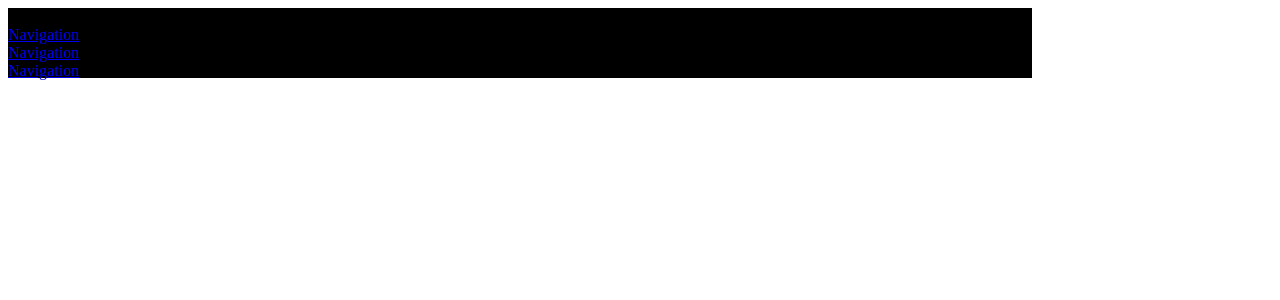
Repository: piotrokrutniak/Projekt-Studia
Page: index.html
These files come from the project's save history. The page is drawn as it stood at one moment and after the next save; the edit follows.
The browser window is 1280 px wide. The pictures show the whole page.

Above is the page before, as saved 2023-03-04 02:11:23.

### index.html
<!DOCTYPE html>
<head>
    <meta charset="UTF-8" />
    <meta http-equiv="X-UA-Compatible" content="IE=edge" />
    <meta name="viewport" content="width=device-width, initial-scale=1.0" />
    <link rel="stylesheet" type="text/css" href="styles.css" />
    <title>Websute Title</title>
</head>
<body>
    <div class="navbar-container">
        <div class="navbar">
            <div class="logo">WebsiteLogo</div>
            <div class="navigation">
                <a href="/index">
                    <div class="navigation-button">
                        Navigation
                    </div>
                </a>
                <a href="/index">
                    <div class="navigation-button">
                        Navigation
                    </div>
                </a>
                <a href="/index">
                    <div class="navigation-button">
                        Navigation
                    </div>
                </a>
            </div>
        </div>
    </div>
</body>

### styles.css
.navbar{
    width: 100%;
    height: 70px;
    background: black;
    position: sticky;
    top: 0;
}

.navbar-container{
    position: relative;
    max-width: 1024px;
    min-width: 328px;
}

After the next save:
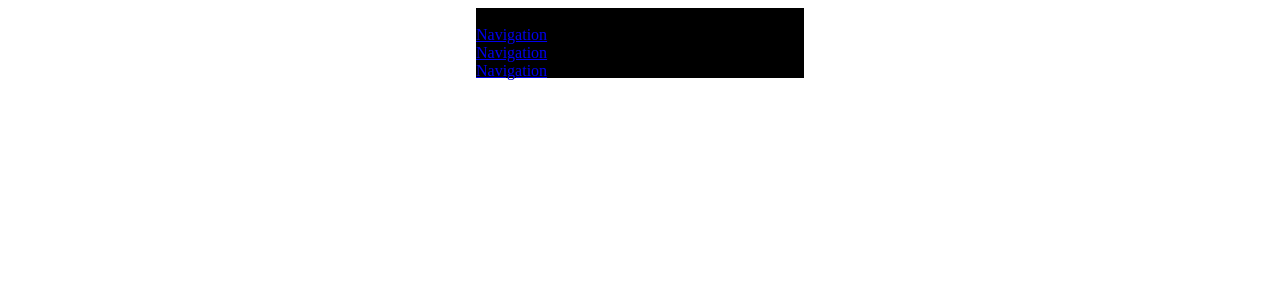
Saved 37 s later.
--- a/styles.css
+++ b/styles.css
@@ -10,4 +10,5 @@
     position: relative;
     max-width: 1024px;
     min-width: 328px;
+    justify-self: center;
 }

After the save that followed:
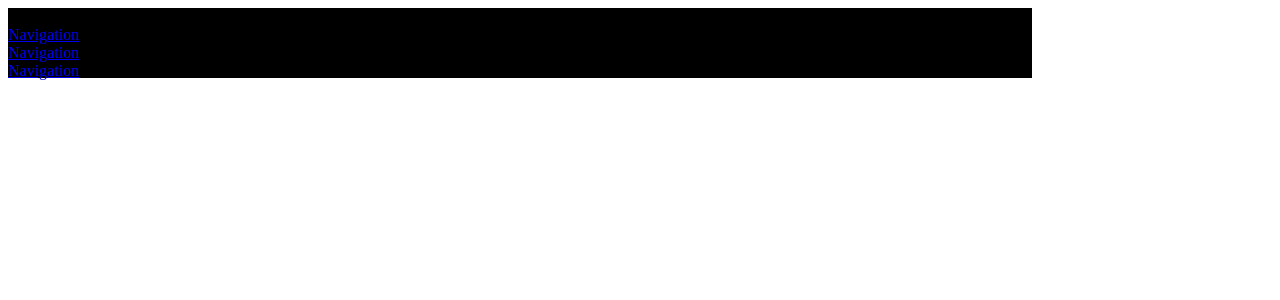
Saved 8 s later.
--- a/styles.css
+++ b/styles.css
@@ -10,5 +10,5 @@
     position: relative;
     max-width: 1024px;
     min-width: 328px;
-    justify-self: center;
+    align-self: center;
 }
